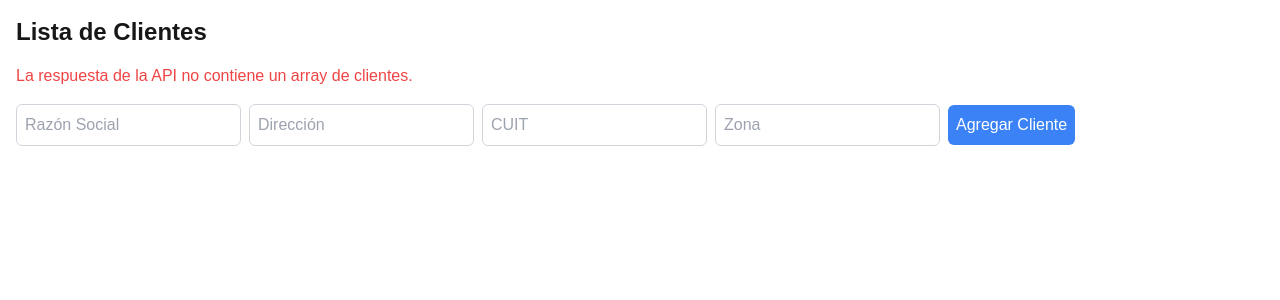
Repository: manucavallera/Sistema-Gestion
Page: /clientes
These files come from the project's save history. The page is drawn as it stood at one moment and after the next save; the edit follows.
The browser window is 1280 px wide. The pictures show the whole page.
The page's requests for data from a server got no answer. The project was rebuilt for these pictures with package versions that can differ from the ones it lists, and the page was loaded fresh each time. The framework's server and built-in components were replaced by stand-ins that run in the browser. No one was signed in, and anything a server would have sent is missing. Also part of the build but not shown: next.config.mjs.

Above is the page before, as saved 2024-11-11 23:07:15.

After the next save:
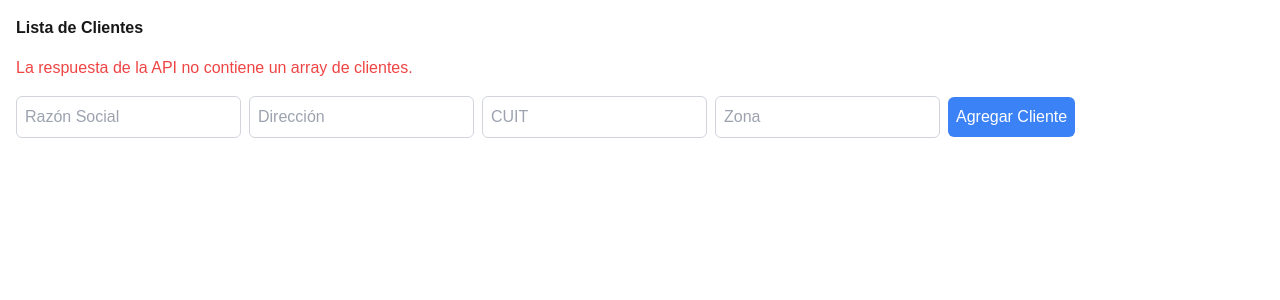
Saved 57 s later.
--- a/src/app/clientes/page.tsx
+++ b/src/app/clientes/page.tsx
@@ -123,7 +123,7 @@
 
   return (
     <div className='p-4 bg-background'>
-      <h1 className='text-2xl font-bold mb-4'>Lista de Clientes</h1>
+      <h1 className='text- 2xl font-bold mb-4'>Lista de Clientes</h1>
       {error && <div className='text-red-500 mb-4'>{error}</div>}
       {loading && <div className='text-blue-500 mb-4'>Cargando...</div>}
       <div className='mb-4'>

After the 2 saves that followed:
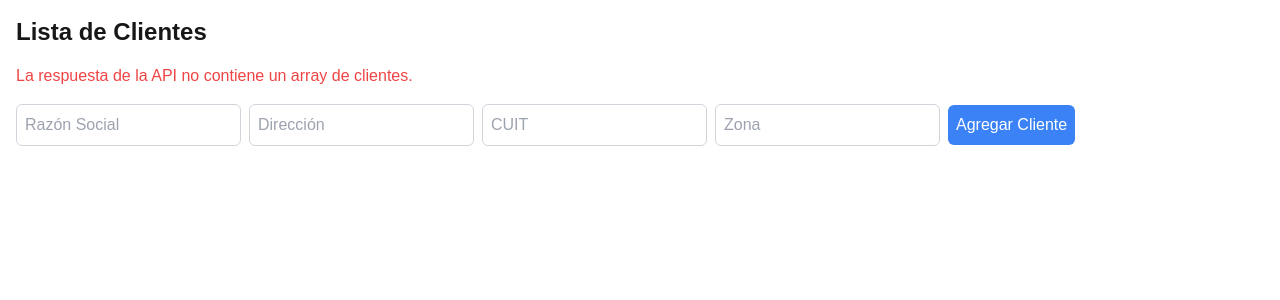
The 2 saves are shown as one change because 1 did not build or start.
The last was saved 2 min 20 s later.
--- a/src/app/clientes/page.tsx
+++ b/src/app/clientes/page.tsx
@@ -123,7 +123,7 @@
 
   return (
     <div className='p-4 bg-background'>
-      <h1 className='text- 2xl font-bold mb-4'>Lista de Clientes</h1>
+      <h1 className='text-2xl font-bold mb-4'>Lista de Clientes</h1>
       {error && <div className='text-red-500 mb-4'>{error}</div>}
       {loading && <div className='text-blue-500 mb-4'>Cargando...</div>}
       <div className='mb-4'>
